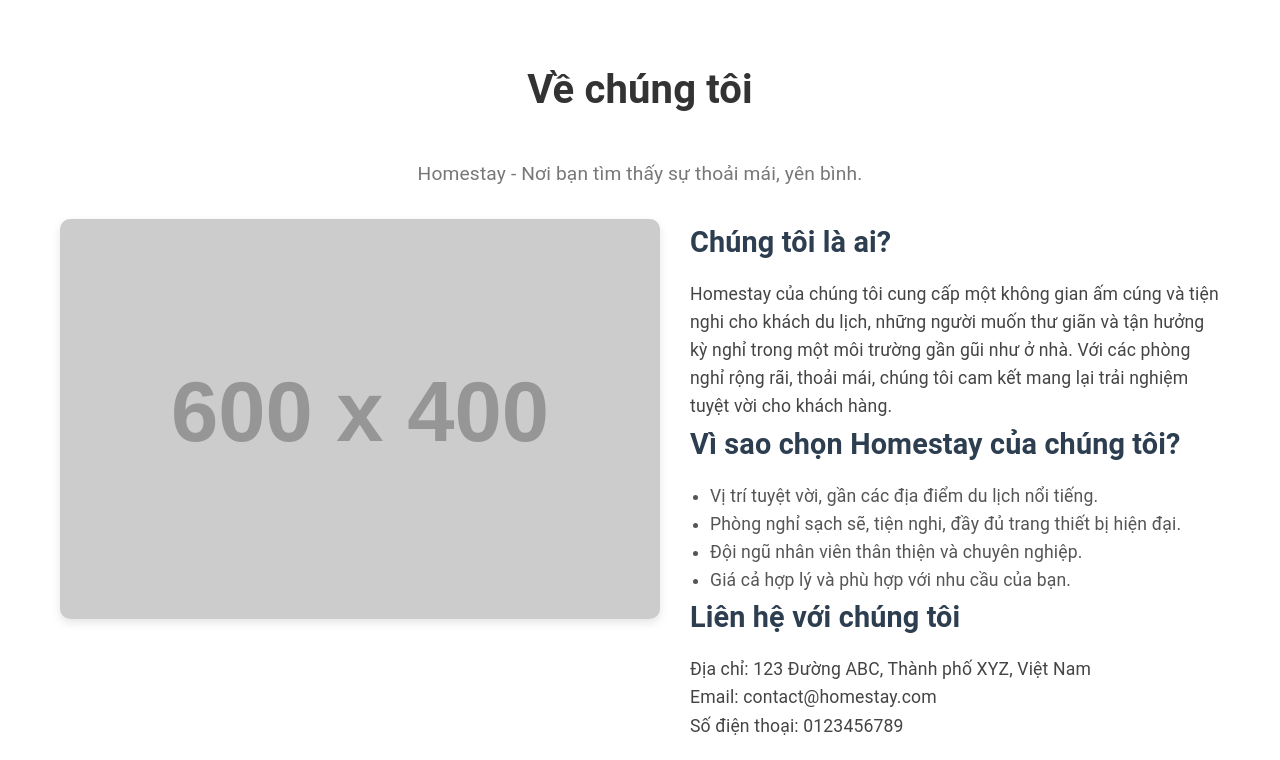
Repository: minhquang203/Homestay
Page: /about-us (app in client/)
The author's editor kept a copy of each file at every save. The page is drawn from the files as they stood at one save, then again after the next save.
The browser window is 1280 px wide. The pictures show the whole page.
The project was rebuilt for these pictures with package versions that can differ from the ones it lists, and the page was loaded fresh each time. Also part of the build but not shown: client/src/styles/Footer.scss, client/src/components/Footer.jsx, client/src/styles/ListingCard.scss, client/src/components/ListingCard.jsx, client/src/styles/Loader.scss, client/src/components/Loader.jsx, client/src/styles/Navbar.scss, client/src/styles/variable.scss and 24 more.

Above is the page before, as saved 2024-12-09 18:52:41.

After the next save:
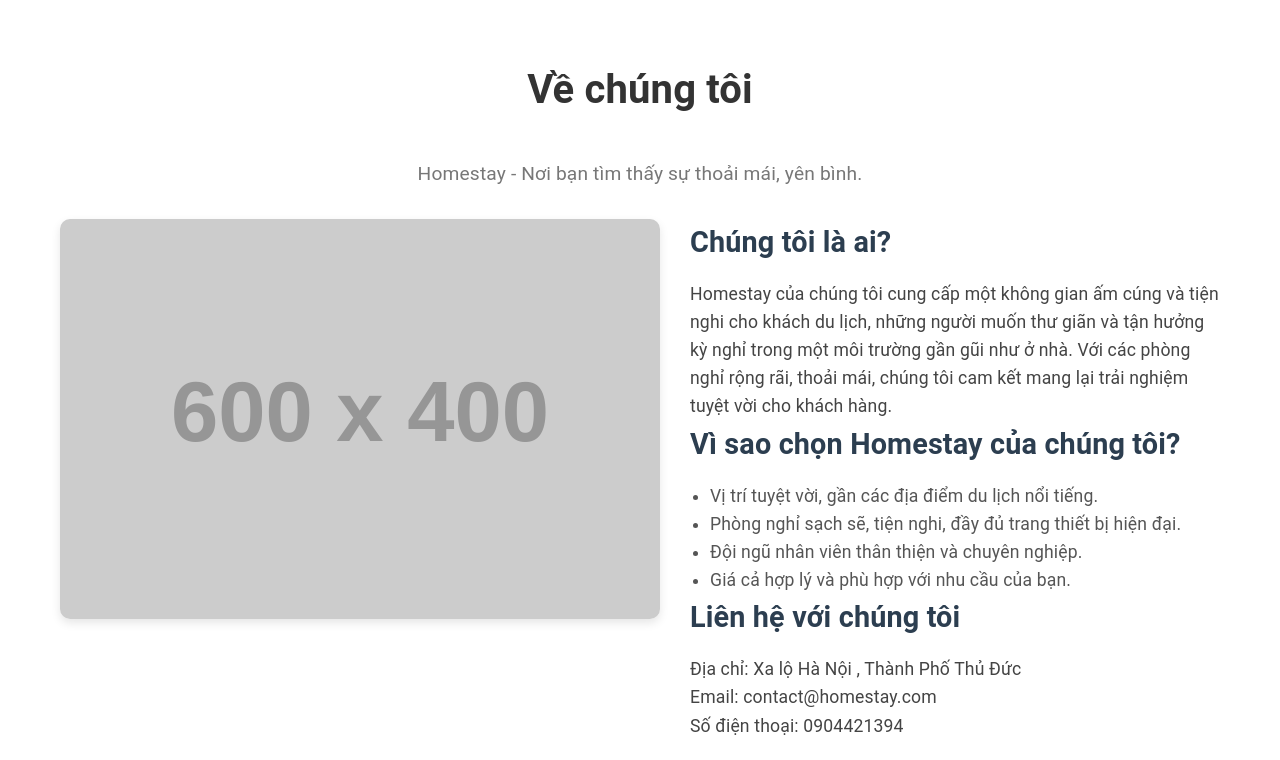
Saved 102 s later.
--- a/client/src/pages/Useful Links/AboutUs.jsx
+++ b/client/src/pages/Useful Links/AboutUs.jsx
@@ -37,11 +37,11 @@ const AboutUs = () => {
 
           <h2>Liên hệ với chúng tôi</h2>
           <p>
-            Địa chỉ: 123 Đường ABC, Thành phố XYZ, Việt Nam
+            Địa chỉ: Xa lộ Hà Nội , Thành Phố Thủ Đức
             <br />
             Email: contact@homestay.com
             <br />
-            Số điện thoại: 0123456789
+            Số điện thoại: 0904421394
           </p>
         </div>
       </div>
